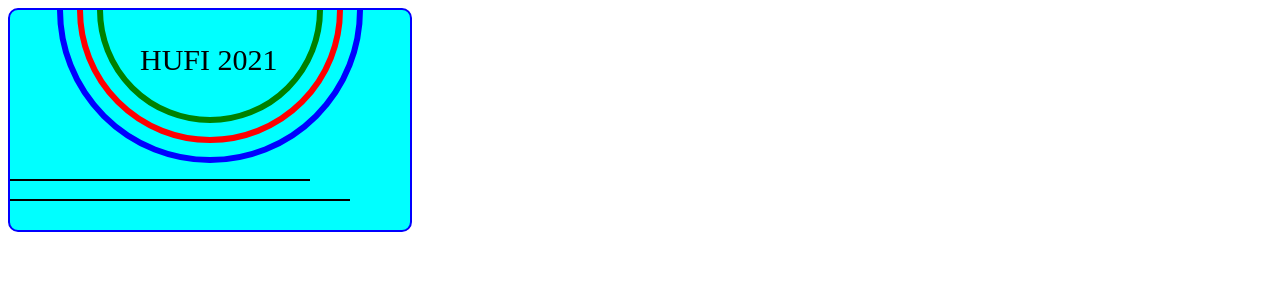
Repository: Tan-Khang21/TH_TKW--Buoi_05
Page: Bai_Tap_Ve_Nha/Bai_02/Canvas11.html
An editor plug-in stored every save of this project. The page is shown before and after the next save, followed by the edit.
The browser window is 1280 px wide. The pictures show the whole page.

Above is the page before, as saved 2024-03-10 22:28:46.

After the next save:
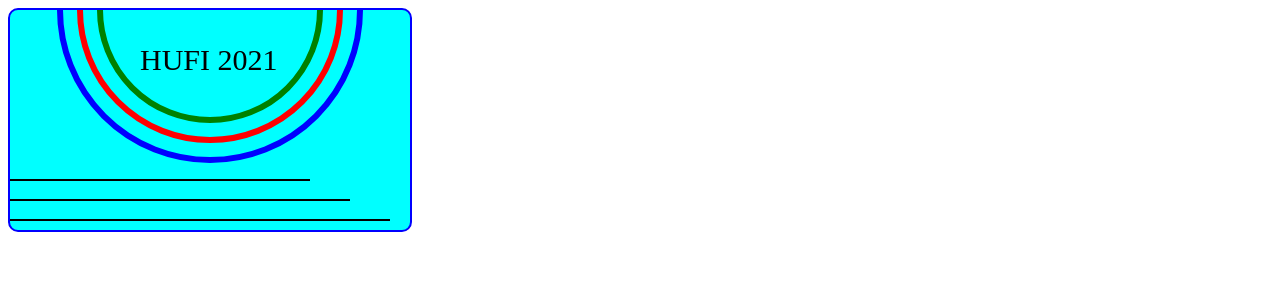
Saved 14 s later.
--- a/Bai_Tap_Ve_Nha/Bai_02/Canvas11.html
+++ b/Bai_Tap_Ve_Nha/Bai_02/Canvas11.html
@@ -49,8 +49,8 @@
       ctx.lineWidth = 2;
       ctx.strokeStyle = "black";
       ctx.stroke();
-      ctx.moveTo(0, 190);
-      ctx.lineTo(300, 190);
+      ctx.moveTo(0, 210);
+      ctx.lineTo(380, 210);
       ctx.lineWidth = 2;
       ctx.strokeStyle = "black";
       ctx.stroke();
